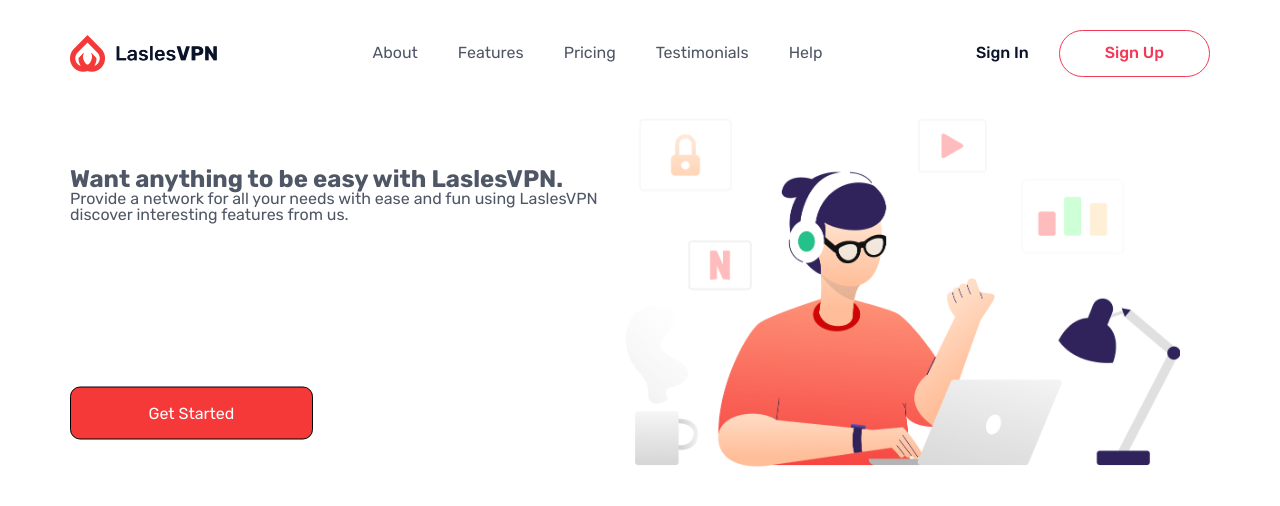
Repository: thefellowshiplotr/lasles_recode
Page: index.html
These files come from the project's save history. The page is drawn as it stood at one moment and after the next save; the edit follows.
The browser window is 1280 px wide. The pictures show the whole page.
The style sheet was rebuilt from its Sass, Less or Tailwind sources for each picture, by a compiler version that may differ from the author's.

Above is the page before, as saved 2022-10-28 13:31:02.

### index.html
<!DOCTYPE html>
<html lang="en">
  <head>
    <meta charset="UTF-8" />
    <meta http-equiv="X-UA-Compatible" content="IE=edge" />
    <meta name="viewport" content="width=device-width, initial-scale=1.0" />
    <title>Lasles Vpn</title>
    <link rel="preconnect" href="https://fonts.googleapis.com" />
    <link rel="preconnect" href="https://fonts.gstatic.com" crossorigin />
    <link
      href="https://fonts.googleapis.com/css2?family=Rubik:wght@400;500;700&display=swap"
      rel="stylesheet"
    />
    <link rel="stylesheet" href="./css/app.css" />
  </head>
  <body>
    <div class="wrapper">
      <header class="header">
        <div class="container">
          <div class="header-container">
            <img srcset="./img/logo.png 2x" alt="" class="header-logo" />
            <ul class="menu">
              <li class="menu-item">
                <a href="#" class="menu-link">About</a>
              </li>
              <li class="menu-item">
                <a href="#" class="menu-link">Features</a>
              </li>
              <li class="menu-item">
                <a href="#" class="menu-link">Pricing</a>
              </li>
              <li class="menu-item">
                <a href="#" class="menu-link">Testimonials</a>
              </li>
              <li class="menu-item">
                <a href="#" class="menu-link">Help</a>
              </li>
            </ul>
            <div class="header-auth">
              <a href="#" class="header-signin">Sign In</a>
              <a href="#" class="header-signup">Sign Up</a>
            </div>
          </div>
        </div>
      </header>
    </div>
    <div class="wrapper">
      <section class="hero">
        <div class="container">
          <div class="hero-container">
            <div class="hero-content">
              <h1 class="hero-heading">
                Want anything to be easy with LaslesVPN.
              </h1>
              <p class="hero-desc">
                Provide a network for all your needs with ease and fun using
                LaslesVPN discover interesting features from us.
              </p>
              <a href="" class="button button-primary">Get Started</a>
            </div>
            <div class="hero-img">
              <img srcset="./img/hero-image.png 2x" alt="" />
            </div>
          </div>
        </div>
      </section>
    </div>
  </body>
</html>

### sass/app.scss
@import "reset";
@import "variables";
@import "global";
@import "header";
@import "menu";
@import "hero";

### sass/_variables.scss
$font: "Rubik", sans-serif;
$text-color: #4f5665;
$heading-color: #0b132a;
$primary-color: #f53838;
$secondary-color: #f53855;
$gray-color: #f6f6f6;
$gray-light-color: #f8f8f8;
$gray-lighter-color: #afb5c0;

### sass/_global.scss
.wrapper {
  max-width: 1440px;
  margin: 0 auto;
}

.container {
  max-width: 1170px;
  margin: 0 auto;
  padding: 0 15px;
}

body {
  line-height: 1;
  font-family: $font;
  color: $text-color;
  font-weight: 400;
}

.button {
  &-primary {
    position: absolute;
    transform: translateY(50%);
    top: 50%;
    color: #fff;
    padding: 17.5px 77.5px;
    border: none;
    background-color: $primary-color;
    border: 1px solid #000000;
    border-radius: 10px;
  }
}

### sass/_header.scss
.header {
  padding-top: 30px;
  padding-bottom: 90px;
  &-container {
    display: flex;
    justify-content: space-between;
    align-items: center;
  }
  &-auth {
    display: flex;
    align-items: center;
    gap: 0 30px;
  }
  &-signin {
    color: $heading-color;
    font-weight: 500;
    font-size: 16px;
    line-height: calc(18.96 / 16);
  }
  &-signup {
    color: $secondary-color;
    font-weight: 500;
    font-size: 16px;
    line-height: calc(18.96 / 16);
    padding: 13px 45px;
    border: 1px solid $secondary-color;
    border-radius: 50px;
    // border-radius: 100rem;
  }
}

### sass/_menu.scss
.menu {
  list-style: none;
  display: flex;
  align-items: center;
  gap: 0 40px;
  &-link {
    color: inherit;
    font-size: 16px;
    line-height: calc(18.96 / 16);
  }
}

### sass/_hero.scss
.hero {
  &-container {
    max-width: 555px;
    width: 100%;
  }
  &-img {
    transform: translate(100%, -30%);
  }
}

Loaded but not shown: sass/_reset.scss (common file)

After the next save:
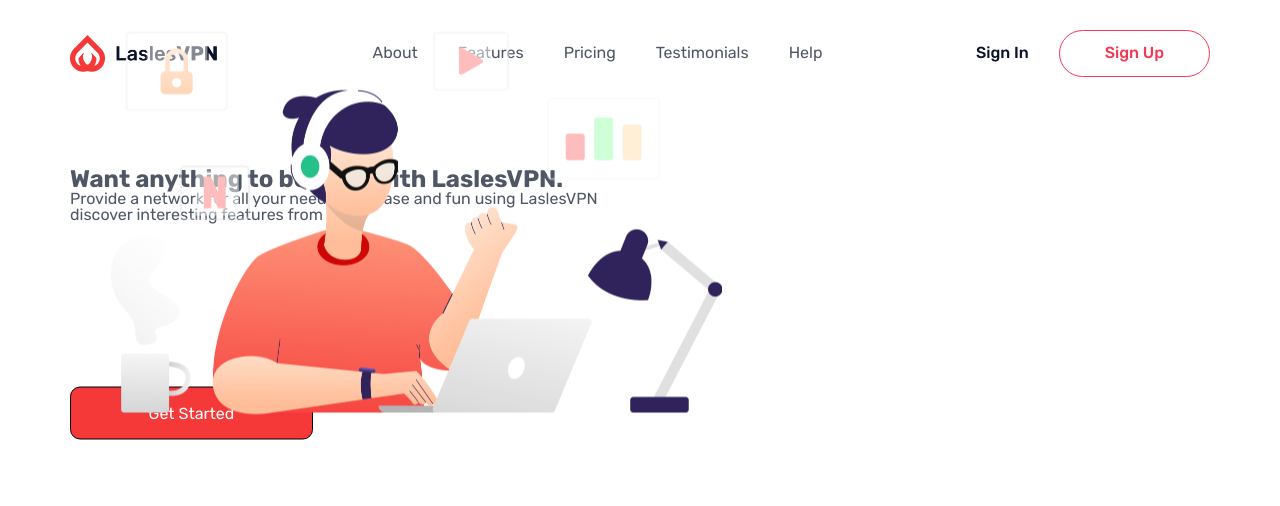
Saved 54 s later.
--- a/sass/_hero.scss
+++ b/sass/_hero.scss
@@ -4,6 +4,7 @@
     width: 100%;
   }
   &-img {
-    transform: translate(100%, -30%);
+    position: absolute;
+    transform: translate(40px, -50%);
   }
 }
